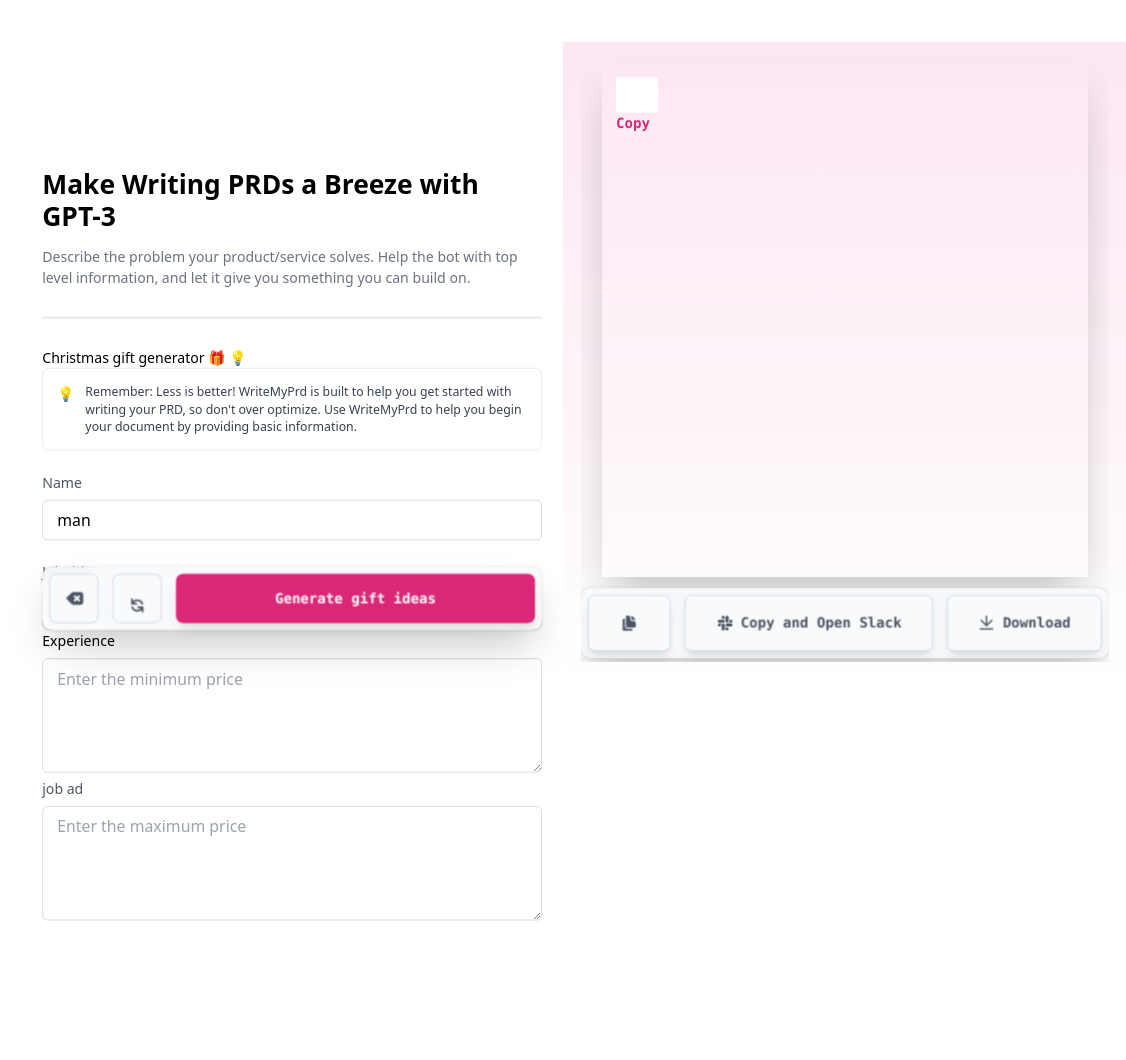
Repository: hamza-mastar/chatgpt-jpbad
Page: /
These files come from the project's save history. The page is drawn as it stood at one moment and after the next save; the edit follows.
The browser window is 1280 px wide. The pictures show the whole page, at 88% of full size.
The project was rebuilt for these pictures with package versions that can differ from the ones it lists, and the page was loaded fresh each time. The framework's server and built-in components were replaced by stand-ins that run in the browser.

Above is the page before, as saved 2023-01-30 16:44:32.

### pages/_app.js
import 'tailwindcss/tailwind.css'

import '../styles/globals.css'

export default function MyApp({ Component, pageProps }) {
  return <Component {...pageProps} />
}

### pages/index.js
import Head from 'next/head';
import React from 'react';
import { useState } from 'react';
import ReactDOM from 'react-dom';
import {CopyToClipboard} from 'react-copy-to-clipboard';

import styles from './index.module.css';


// import './gifts.css'







export default function Home() {
  const [name, setName] = useState('man');
  const [job_title, setJob_title] = useState("");
  const [experience, setExperience] = useState("");
  const [job_ad, setJob_ad] = useState("");

  const [loading, setLoading] = useState(false);

  const [result, setResult] = useState('');


  const [copy,setCopy] = useState(false)

  async function onSubmit(event) {
    event.preventDefault();
    if (loading) {
      return;
    }
    setLoading(true);
    setResult('hamza');
    const response = await fetch('/api/generate-gifts', {
      method: 'POST',
      headers: {
        'Content-Type': 'application/json',
      },
      body: JSON.stringify({ name, job_title, experience, job_ad}),
    });
    const data = await response.json();
    setResult(data.result.replaceAll('\n', '<br />'));
    setLoading(false);

  }


  return (
    <>



    <body class="h-full px-5 sm:px-6">
      <div class="flex relative sm:flex-col md: flex-col">

      <Head>
        <title>OpenAI Quickstart</title>
        <link rel="icon" href="/dog.png" />
      </Head>

      <main className={styles.main}>
     <div class="min-h-screen w-full lg:w-1/2 relative">
    <div class="h-full px-5 sm:px-6">
      <div class="h-full w-full max-w-xl mx-auto flex flex-col after:mt-auto after:flex-1">
        <header class="sm:flex-1 flex mb-auto sm:py-10 pt-6 items-center sm:justify-between flex-col sm:flex-row" >
          <div class="flex items-center justify-between h-24 md:h-20"> </div>

            {/* logo icone login  */}
            </header>
            <div class="flex-1 py-8">
           <div  class="mb-4" >
           <h1 class="text-3xl font-bold font-inter mb-2"> Make Writing PRDs a Breeze with GPT-3 </h1>
           <div class="text-gray-500 mt-4 mb-6"> Describe the problem your product/service solves. Help the bot with top level information, and let it give you something you can build on. </div>
           <div class="divide-y divide-gray-200 my-8 relative border"></div>





        <h3  >Christmas gift generator 🎁 💡</h3>
        <form  onSubmit={onSubmit} class="mb-12 relative">
        <div class="rounded-lg bg-white border p-4"><div class="flex"><div class="flex-shrink-0">💡</div><div class="ml-3 flex-1 md:flex md:justify-between"><p class="text-sm text-gray-700 font-medium"> Remember: Less is better! WriteMyPrd is built to help you get started with writing your PRD, so don't over optimize. Use WriteMyPrd to help you begin your document by providing basic information. </p></div></div></div>
        <div>
          <div class="py-6">
          <label class="relative transition text-gray-600 focus-within:text-gray-800 block" >Name</label>
          <input class="outline-none focus:outline-none text-lg bg-white rounded-md px-4 py-2 w-full border  focus:border-gray-400 border-gray-300 font-regular mt-2 transition-all undefined "
            type="text"
            name="name"
            placeholder="Enter the Name"
            value={name}
            onChange={(e) => setName(e.target.value)}
          />
          </div>


          <label class="relative transition text-gray-600 focus-within:text-gray-800 block">Job title</label>
          <input class="outline-none focus:outline-none text-lg bg-white rounded-md px-4 py-2 w-full border  focus:border-gray-400 border-gray-300 font-regular mt-2 transition-all undefined "
            type="text"
            name="job_title"
            placeholder="Job title"
            value={job_title}
            onChange={(e) => setJob_title(e.target.value)}
          />

          <label>Experience </label>
          <textarea class="form-textarea outline-none focus:outline-none text-lg bg-white rounded-md px-4 py-2 w-full border  focus:border-gray-400 border-gray-300 font-regular mt-2 transition-all undefined " rows="4"
          type="textarea"
          name="experience"
          placeholder="Enter the minimum price"
          value={experience}
          onChange={(e) => setExperience(e.target.value)} >

            </textarea>

          <label class="relative transition text-gray-600 focus-within:text-gray-800 block"> job ad</label>
          <textarea class="form-textarea outline-none focus:outline-none text-lg bg-white rounded-md px-4 py-2 w-full border  focus:border-gray-400 border-gray-300 font-regular mt-2 transition-all undefined " rows="4"
            type="text"
            name="job_ad"
            placeholder="Enter the maximum price"
            value={job_ad}
            onChange={(e) => setJob_ad(e.target.value)}
          ></textarea>


          <div class="sticky bottom-1 left-0 right-0 px-2 py-2 font-semibold text-sm text-slate-900 bg-slate-50/90 backdrop-blur-sm ring-1 ring-slate-900/10 space-x-4 rounded-xl shadow-2xl">
            <div class="flex gap-4 text-white text-sm font-bold font-mono leading-6 bg-stripes-indigo rounded-lg">
            <button id="clearAll" class="p-4 w-14 h-14 flex-none rounded-lg flex items-center justify-center bg-gray-50 border border-gray-300 text-gray-600 hover:bg-gray-100"><div tooltip="Clear All" position="top" class="w-full" data-v-47bc123b=""><svg class="w-6 h-6" fill="currentColor" viewBox="0 0 20 20" xmlns="http://www.w3.org/2000/svg"><path fill-rule="evenodd" d="M6.707 4.879A3 3 0 018.828 4H15a3 3 0 013 3v6a3 3 0 01-3 3H8.828a3 3 0 01-2.12-.879l-4.415-4.414a1 1 0 010-1.414l4.414-4.414zm4 2.414a1 1 0 00-1.414 1.414L10.586 10l-1.293 1.293a1 1 0 101.414 1.414L12 11.414l1.293 1.293a1 1 0 001.414-1.414L13.414 10l1.293-1.293a1 1 0 00-1.414-1.414L12 8.586l-1.293-1.293z" clip-rule="evenodd"></path></svg></div></button>
            <button id="re-generate-prd" class="w-14 h-14 flex-none rounded-lg flex items-center justify-center bg-gray-50 border border-gray-300 text-gray-600 hover:bg-gray-100"><div tooltip="Re-generate PRD" position="top" class="w-full" data-v-47bc123b=""><svg class="w-full mt-[30%] h-5 text-gray-600 mr-1" fill="currentColor" viewBox="0 0 20 20" xmlns="http://www.w3.org/2000/svg"><path fill-rule="evenodd" d="M4 2a1 1 0 011 1v2.101a7.002 7.002 0 0111.601 2.566 1 1 0 11-1.885.666A5.002 5.002 0 005.999 7H9a1 1 0 010 2H4a1 1 0 01-1-1V3a1 1 0 011-1zm.008 9.057a1 1 0 011.276.61A5.002 5.002 0 0014.001 13H11a1 1 0 110-2h5a1 1 0 011 1v5a1 1 0 11-2 0v-2.101a7.002 7.002 0 01-11.601-2.566 1 1 0 01.61-1.276z" clip-rule="evenodd"></path></svg></div></button>

          <input class="sm:p-4 p-3 pt-4 grow rounded-lg flex items-center justify-center bg-pink-600 hover:bg-pink-800 shadow-lg text-xs sm:text-base" type="submit" value="Generate gift ideas" />
          </div>
          </div>
          </div>
        </form>
        </div>
       </div>
        </div>
        </div>
          </div>

          {/* loging page ////////////////// */}

          <div class="relative  lg:fixed right-0 bottom-0 lg:block lg:w-1/2 overflow-hidden sm:px-5 lg:h-full h-auto  top-12">
            <div class="absolute inset-0 bg-gradient-to-b from-pink-100 to-white  -z-10" >
              <div class="relative lg:fixed right-0 bottom-0 lg:block lg:w-1/2 overflow-hidden sm:px-5 lg:h-full h-auto overflow-y-auto top-12">
                <div class="h-auto overflow-scroll">
                <div class="p-6 pb-0 h-[calc(100vh-6rem)] " >
                <div class="form-textarea relative text-base overflow-scroll w-full p-4 px-8  h-[calc(100%-1rem)] shadow-2xl flex items-center justify-center" >
                <div class="text-pink-600 font-mono text-left text-base font-semibold absolute top-4 left-4">
        {loading && (
          <div>
            <h3>Looking for the best gift ideas 🎁 💡</h3>
            <img src="/loading.gif" className={styles.loading} />
          </div>



        )}
        <div type="text" onChange={(e)=>seResult(e.target.result.replaceAll('\n', '<br/>'))}
        class="whitespace-pre-wrap text-gray-800 bg-white h-auto text-lg divide-y px-4 pt-5 pb-4 sm:p-6 sm:pb-4 "
          className={styles.result}
          dangerouslySetInnerHTML={{ __html: result }}



        />


      <CopyToClipboard text={result}
          onCopy={() =>setCopy(true)}>
           <button className={`${copy ? 'copied' : 'copy' }`}>
             {copy ? 'Copied' : "Copy"}
           </button>
        </CopyToClipboard>


        </div>

        </div>


        </div>
        <div class="sticky bottom-1 left-0 right-0 px-2 py-2 font-semibold text-sm text-slate-900 bg-slate-50/90 backdrop-blur-sm ring-1 ring-slate-900/10 space-x-4 rounded-xl shadow-2xl">
            <div class="flex gap-4 text-white text-sm font-bold font-mono leading-6 bg-stripes-indigo rounded-lg">
  <button class="grow h-16 p-0 sm:p-[1.1rem] w-20 sm:w-auto h-auto rounded-lg flex items-center justify-center bg-gray-50 border-gray-300 text-gray-600 hover:bg-gray-100 shadow-lg border"><svg xmlns="http://www.w3.org/2000/svg" viewBox="0 0 24 24" fill="currentColor" class="h-5 w-5 flex-shrink-0 text-gray-600"><path d="M7.5 3.375c0-1.036.84-1.875 1.875-1.875h.375a3.75 3.75 0 013.75 3.75v1.875C13.5 8.161 14.34 9 15.375 9h1.875A3.75 3.75 0 0121 12.75v3.375C21 17.16 20.16 18 19.125 18h-9.75A1.875 1.875 0 017.5 16.125V3.375z"></path><path d="M15 5.25a5.23 5.23 0 00-1.279-3.434 9.768 9.768 0 016.963 6.963A5.23 5.23 0 0017.25 7.5h-1.875A.375.375 0 0115 7.125V5.25zM4.875 6H6v10.125A3.375 3.375 0 009.375 19.5H16.5v1.125c0 1.035-.84 1.875-1.875 1.875h-9.75A1.875 1.875 0 013 20.625V7.875C3 6.839 3.84 6 4.875 6z"></path></svg>
  </button>
  <button class="p-4 grow w-auto h-16 rounded-lg flex items-center justify-center bg-gray-50 border border-gray-300 text-gray-600 hover:bg-gray-100 shadow-lg text-xs sm:text-base"><svg fill="currentColor" class="h-5 w-5 flex-shrink-0 text-gray-600 mr-2" viewBox="0 0 24 24" xmlns="http://www.w3.org/2000/svg"><path d="M6.194 14.644c0 1.16-.943 2.107-2.103 2.107a2.11 2.11 0 0 1-2.104-2.107 2.11 2.11 0 0 1 2.104-2.106h2.103v2.106zm1.061 0c0-1.16.944-2.106 2.104-2.106a2.11 2.11 0 0 1 2.103 2.106v5.274a2.11 2.11 0 0 1-2.103 2.106 2.108 2.108 0 0 1-2.104-2.106v-5.274zm2.104-8.455c-1.16 0-2.104-.948-2.104-2.107s.944-2.106 2.104-2.106a2.11 2.11 0 0 1 2.103 2.106v2.107H9.359zm0 1.06a2.11 2.11 0 0 1 2.103 2.107 2.11 2.11 0 0 1-2.103 2.106H4.092a2.11 2.11 0 0 1-2.104-2.106 2.11 2.11 0 0 1 2.104-2.107h5.267zm8.447 2.107c0-1.16.943-2.107 2.103-2.107a2.11 2.11 0 0 1 2.104 2.107 2.11 2.11 0 0 1-2.104 2.106h-2.103V9.356zm-1.061 0c0 1.16-.944 2.106-2.104 2.106a2.11 2.11 0 0 1-2.103-2.106V4.082a2.11 2.11 0 0 1 2.103-2.106c1.16 0 2.104.946 2.104 2.106v5.274zm-2.104 8.455c1.16 0 2.104.948 2.104 2.107s-.944 2.106-2.104 2.106a2.11 2.11 0 0 1-2.103-2.106v-2.107h2.103zm0-1.06a2.11 2.11 0 0 1-2.103-2.107 2.11 2.11 0 0 1 2.103-2.106h5.268a2.11 2.11 0 0 1 2.104 2.106 2.11 2.11 0 0 1-2.104 2.107h-5.268z"></path></svg> Copy and Open Slack </button>
  <button class="p-4 grow w-auto h-16 rounded-lg flex items-center justify-center bg-gray-50 border border-gray-300 text-gray-600 hover:bg-gray-100 shadow-lg text-xs sm:text-base"><svg class="h-5 w-5 flex-shrink-0 text-gray-600 fill-gray-600 mr-2" xmlns="http://www.w3.org/2000/svg" viewBox="0 0 24 24"><path fill="none" d="M0 0h24v24H0z"></path><path d="M3 19h18v2H3v-2zm10-5.828L19.071 7.1l1.414 1.414L12 17 3.515 8.515 4.929 7.1 11 13.17V2h2v11.172z"></path></svg> Download </button></div></div>
        </div>
        </div>
        </div>
        </div>

      </main>
      </div>

      </body>


    </>
  );
}
// Name Job_title Experience job_ad
//

### pages/index.module.css


@font-face {
  font-family: "ColfaxAI";
  src: url(https://cdn.openai.com/API/fonts/ColfaxAIRegular.woff2)
      format("woff2"),
    url(https://cdn.openai.com/API/fonts/ColfaxAIRegular.woff) format("woff");
  font-weight: normal;
  font-style: normal;
}
@font-face {
  font-family: "ColfaxAI";
  src: url(https://cdn.openai.com/API/fonts/ColfaxAIBold.woff2) format("woff2"),
    url(https://cdn.openai.com/API/fonts/ColfaxAIBold.woff) format("woff");
  font-weight: bold;
  font-style: normal;
}
/* .main,
.main input {
  font-size: 16px;
  line-height: 24px;
  color: #353740;
  font-family: "ColfaxAI", Helvetica, sans-serif;
}
.main {
  display: flex;
  flex-direction: column;
  align-items: center;
  padding-top: 60px;
}
.main .icon {
  width: 34px;
}
.main h3 {
  font-size: 32px;
  line-height: 40px;
  font-weight: bold;
  color: #202123;
  margin: 16px 0 40px;
}
.main form {
  display: flex;
  flex-direction: column;
  width: 320px;
}
.main input[type="text"] {
  padding: 12px 16px;
  border: 1px solid #10a37f;
  border-radius: 4px;
  margin-bottom: 24px;
  outline-color: #10a37f;
}
.main ::placeholder {
  color: #8e8ea0;
  opacity: 1;
}
.main input[type="submit"] {
  padding: 12px 0;
  color: #fff;
  background-color: #10a37f;
  border: none;
  border-radius: 4px;
  text-align: center;
  cursor: pointer;
}
.main .result {
  padding: 100px;
  font-weight: bold;
  margin-top: 40px;
  position:absolute;
  display: flex;
  justify-content: end;
} */

.main .loading {
  width: 50;
}

/* .main input[type="text"],
.main input[type="number"],
.main select {
  padding: 12px 16px;
  border: 1px solid #10a37f;
  border-radius: 4px;
  margin-bottom: 12px;
  margin-top: 4px;
}
.hamza {
  background-color: #10a37f;
} */






.relative {
  position: relative;
}

.nano {
  background-color: white;
  color: black;
  display: flex;
  overflow: scroll;
}

.form-textarea{
  border-width: 1px;
  --tw-border-opacity: 1;
  border-color: rgb(209 213 219 / var(--tw-border-opacity));
  --tw-bg-opacity: 1;
  background-color: rgb(255 255 255 / var(--tw-bg-opacity));
  height: 600px;
  width: 600px;
}

.texxt-base {
  font-size: 18px;
  line-height: 1.5;
  letter-spacing: -.01em;
  color: black

}
.typed {
  color: #1f2937;
  white-space: break-spaces;
  font-size: 100px;
}
@media only screen and (max-width: 600px) {
  .goho {
    width: auto;
    display: flex;
    justify-content:center ;

  }
}

Loaded but not shown: styles/globals.css (common file); tailwind.config.js (common file)

After the next save:
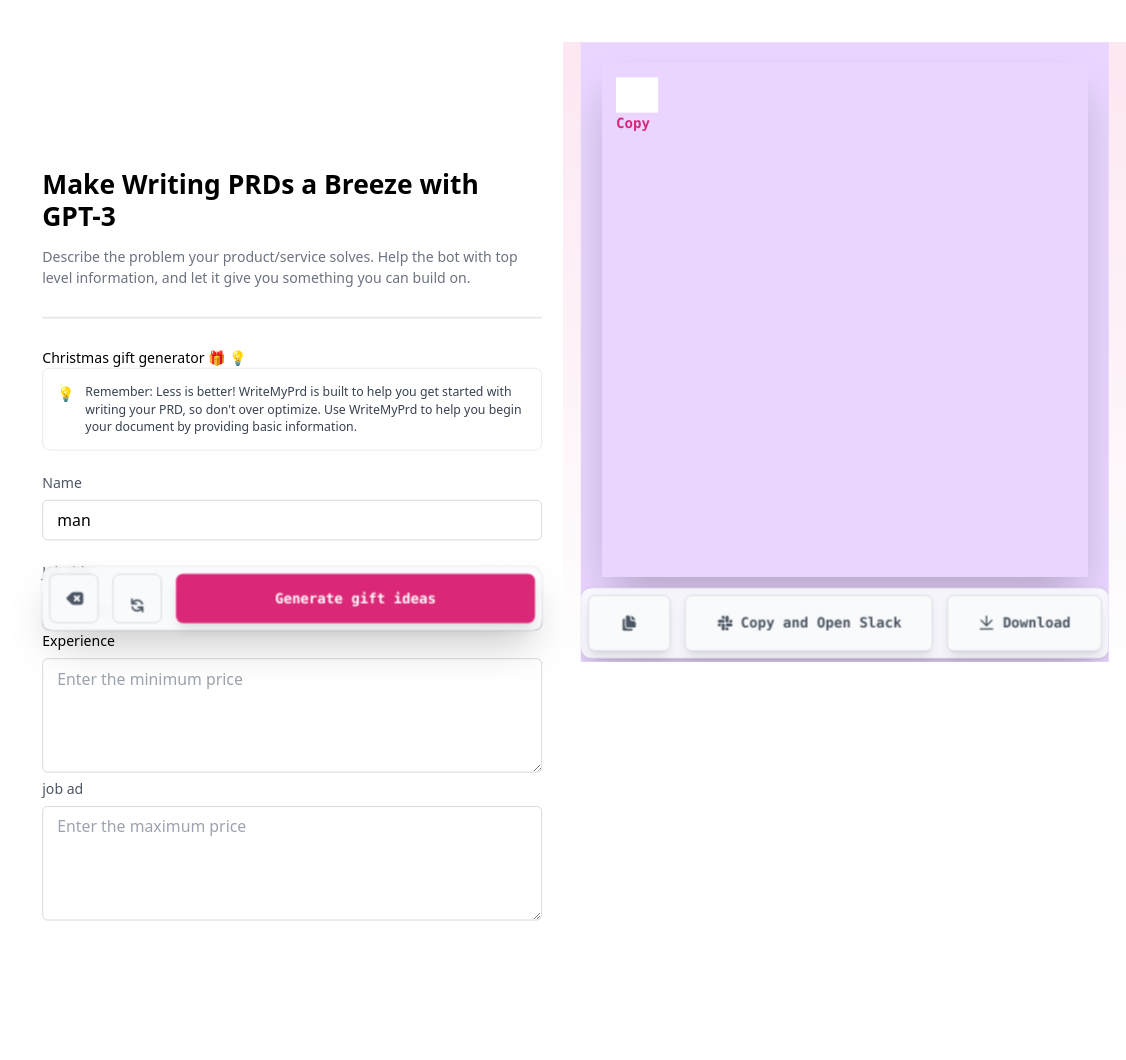
Saved 27 s later.
--- a/pages/index.js
+++ b/pages/index.js
@@ -147,7 +147,7 @@
           <div class="relative  lg:fixed right-0 bottom-0 lg:block lg:w-1/2 overflow-hidden sm:px-5 lg:h-full h-auto  top-12">
             <div class="absolute inset-0 bg-gradient-to-b from-pink-100 to-white  -z-10" >
               <div class="relative lg:fixed right-0 bottom-0 lg:block lg:w-1/2 overflow-hidden sm:px-5 lg:h-full h-auto overflow-y-auto top-12">
-                <div class="h-auto overflow-scroll">
+                <div class="h-auto overflow-scroll bg-purple-200">
                 <div class="p-6 pb-0 h-[calc(100vh-6rem)] " >
                 <div class="form-textarea relative text-base overflow-scroll w-full p-4 px-8  h-[calc(100%-1rem)] shadow-2xl flex items-center justify-center" >
                 <div class="text-pink-600 font-mono text-left text-base font-semibold absolute top-4 left-4">
